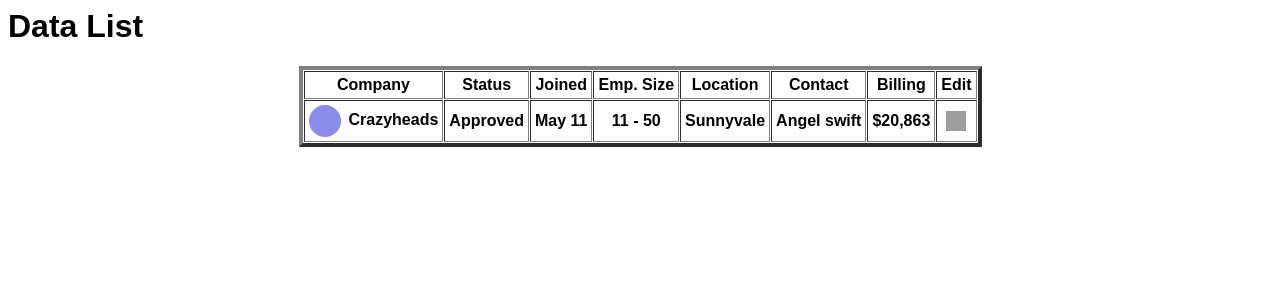
Repository: AdityaTech-Pro/FullStackWithBridgelabz
Page: Assignment2/Data_List/index.html
These files come from the project's save history. The page is drawn as it stood at one moment and after the next save; the edit follows.
The browser window is 1280 px wide. The pictures show the whole page.
Pictures or frames that could not be fetched are drawn as grey boxes.

Above is the page before, as saved 2025-10-15 09:42:45.

After the next save:
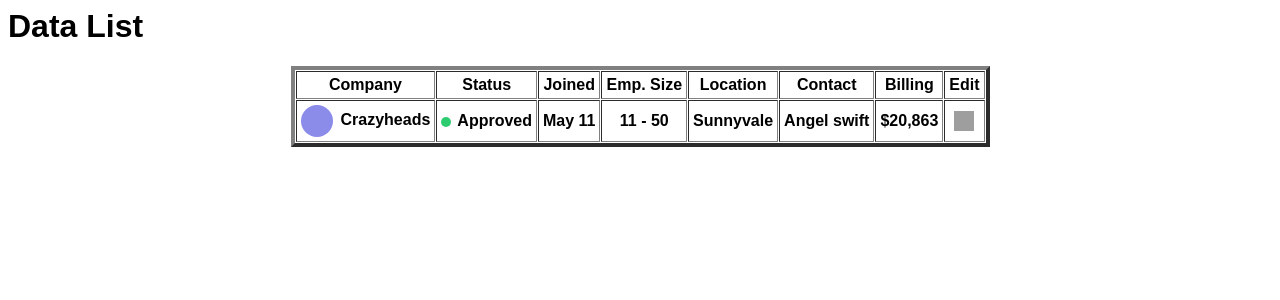
Saved 73 s later.
--- a/Assignment2/Data_List/index.html
+++ b/Assignment2/Data_List/index.html
@@ -36,6 +36,16 @@
             object-fit: cover;
             display: block;
         }
+        /* small status dot to show approval, pending, etc. */
+        .status-dot {
+            display: inline-block;
+            width: 10px;
+            height: 10px;
+            border-radius: 50%;
+            background: #2ecc71; /* green = approved */
+            margin-right: 6px;
+            vertical-align: middle;
+        }
     </style>
 </head>
 <title>
@@ -58,7 +68,7 @@
 
         <tr>
             <th><span class="avatar" id="avatar-crazyheads" title="Add logo"></span>Crazyheads</th>
-            <th>Approved</th>
+            <th><span class="status-dot"></span>Approved</th>
             <th>May 11</th>
             <th>11 - 50</th>
             <th>Sunnyvale</th>
